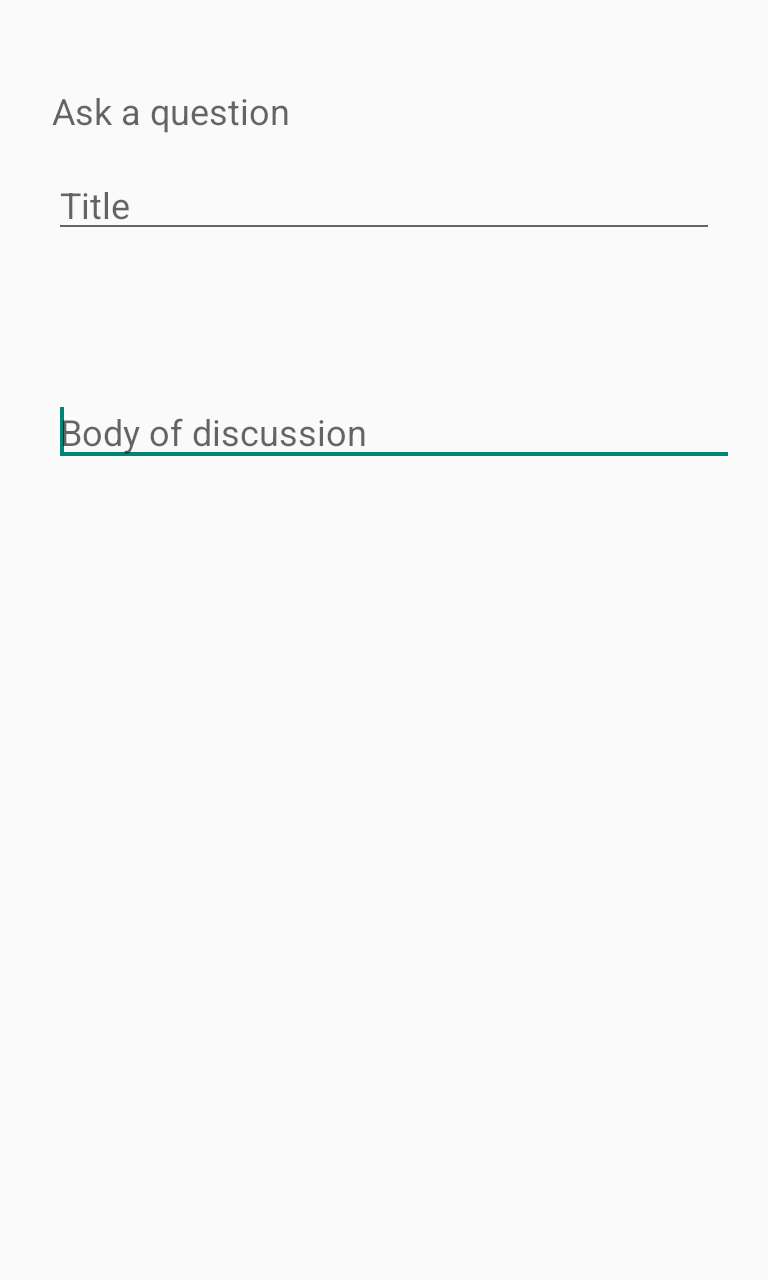
Repository: jayasi/Tag-Overflow
Layout: TagOverflow/res/layout/new_post.xml
The author's editor kept a copy of each file at every save. The layout is drawn from the files as they stood at one save, then again after the next save.
It is drawn on a 768 x 1280 px phone screen (xhdpi) without system bars, with theme AppTheme; the app's code is not run. The app's manifest (not shown) leaves right-to-left support off. So textAlignment, textDirection and layoutDirection are ignored, and left and right values win over start and end ones.

Above is the layout before, as saved 2015-02-17 20:17:57.

### TagOverflow/res/layout/new_post.xml
<RelativeLayout xmlns:android="http://schemas.android.com/apk/res/android"
    xmlns:tools="http://schemas.android.com/tools"
    android:layout_width="match_parent"
    android:layout_height="match_parent"
    android:paddingBottom="@dimen/activity_vertical_margin"
    android:paddingLeft="@dimen/activity_horizontal_margin"
    android:paddingRight="@dimen/activity_horizontal_margin"
    android:paddingTop="@dimen/activity_vertical_margin"
    tools:context="com.example.tagoverflow.Home" >

    <EditText
        android:id="@+id/title"
        android:layout_width="match_parent"
        android:layout_height="wrap_content"
        android:layout_alignParentLeft="true"
        android:layout_alignParentTop="true"
        android:layout_marginLeft="10dp"
        android:layout_marginRight="10dp"
        android:hint="Title"
        android:layout_marginTop="64dp"
        android:ems="10" />

    <EditText
        android:id="@+id/body"
        android:layout_width="match_parent"
        android:layout_height="wrap_content"
        android:layout_alignStart="@+id/title"
        android:layout_alignLeft = "@+id/title"
        android:layout_below="@+id/title"
        android:layout_marginTop="72dp"
        android:ems="10"
        android:hint="Body of discussion"
        android:inputType="textMultiLine" >

        <requestFocus />
    </EditText>

    <TextView
        android:id="@+id/textView1"
        android:layout_width="wrap_content"
        android:layout_height="wrap_content"
        android:layout_alignLeft="@+id/title"
        android:layout_alignParentTop="true"
        android:layout_marginTop="27dp"
        android:text="Ask a question"
        android:textAppearance="?android:attr/textAppearanceMedium" />

</RelativeLayout>

Loaded but not shown: TagOverflow/res/values/styles.xml (common file); TagOverflow/res/values-v11/styles.xml (common file); TagOverflow/res/values-v14/styles.xml (common file); TagOverflow/res/values/dimens.xml (common file); TagOverflow/res/values-w820dp/dimens.xml (common file)

After the next save:
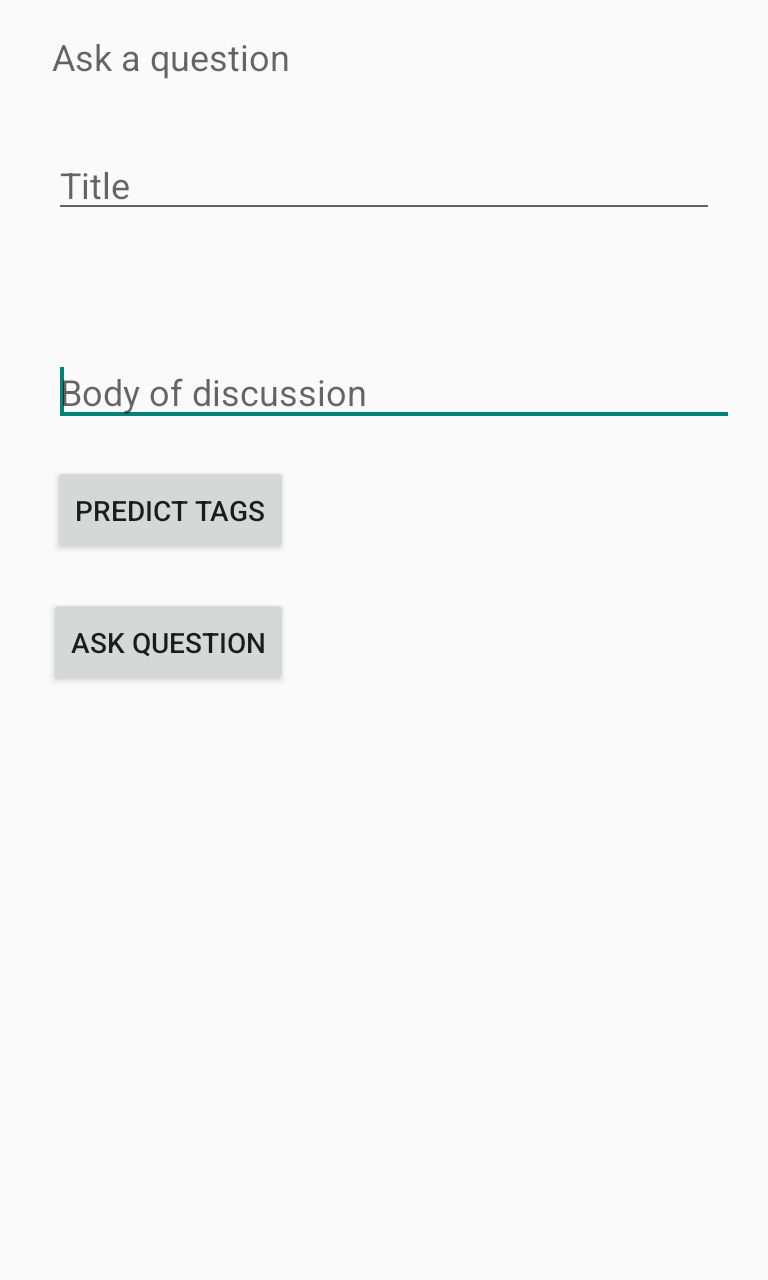
Saved 2 min 28 s later.
--- a/TagOverflow/res/layout/new_post.xml
+++ b/TagOverflow/res/layout/new_post.xml
@@ -17,7 +17,7 @@
         android:layout_marginLeft="10dp"
         android:layout_marginRight="10dp"
         android:hint="Title"
-        android:layout_marginTop="64dp"
+        android:layout_marginTop="54dp"
         android:ems="10" />
 
     <EditText
@@ -27,7 +27,7 @@
         android:layout_alignStart="@+id/title"
         android:layout_alignLeft = "@+id/title"
         android:layout_below="@+id/title"
-        android:layout_marginTop="72dp"
+        android:layout_marginTop="62dp"
         android:ems="10"
         android:hint="Body of discussion"
         android:inputType="textMultiLine" >
@@ -35,13 +35,29 @@
         <requestFocus />
     </EditText>
 
+    <Button
+        android:id="@+id/button1"
+        android:layout_width="wrap_content"
+        android:layout_height="wrap_content"
+        android:layout_alignRight="@+id/textView1"
+        android:layout_below="@+id/body"
+        android:layout_marginTop="16dp"
+        android:text="Predict Tags" />
+
+    <Button
+        android:id="@+id/button2"
+        android:layout_width="wrap_content"
+        android:layout_height="wrap_content"
+        android:layout_alignRight="@+id/textView1"
+        android:layout_below="@+id/button1"
+        android:layout_marginTop="18dp"
+        android:text="Ask Question" />
+
     <TextView
         android:id="@+id/textView1"
         android:layout_width="wrap_content"
         android:layout_height="wrap_content"
         android:layout_alignLeft="@+id/title"
-        android:layout_alignParentTop="true"
-        android:layout_marginTop="27dp"
         android:text="Ask a question"
         android:textAppearance="?android:attr/textAppearanceMedium" />
 
